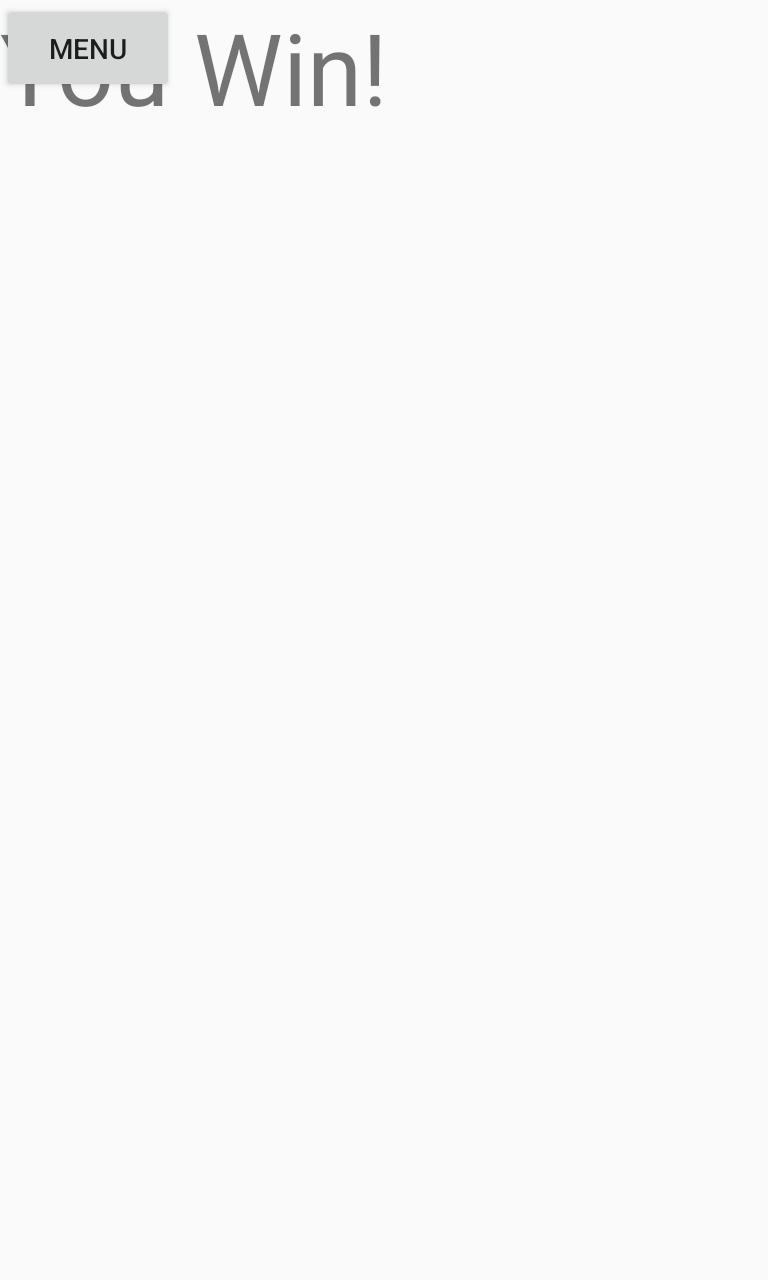
Repository: Rukshar/Native-App
Layout: nPuzzle10694676/nPuzzle10694676/res/layout/you_win.xml
The author's editor kept a copy of each file at every save. The layout is drawn from the files as they stood at one save, then again after a run of saves.
It is drawn on a 768 x 1280 px phone screen (xhdpi) without system bars, with theme AppTheme; the app's code is not run.

Above is the layout before, as saved 2014-11-20 15:12:47.

### nPuzzle10694676/nPuzzle10694676/res/layout/you_win.xml
<?xml version="1.0" encoding="utf-8"?>
<RelativeLayout xmlns:android="http://schemas.android.com/apk/res/android"
    android:layout_width="match_parent"
    android:layout_height="match_parent"
    android:orientation="vertical" >

    <TextView
        android:id="@+id/youwin"
        android:layout_width="fill_parent"
        android:layout_height="fill_parent"
        android:gravity="fill_horizontal"
        android:text="You Win!"
        android:textSize="50dp" />
"
    <Button
        android:id="@+id/button1"
        android:layout_width="wrap_content"
        android:layout_height="wrap_content"
        android:text="Menu" />



</RelativeLayout>

Loaded but not shown: nPuzzle10694676/nPuzzle10694676/res/values/styles.xml (common file); nPuzzle10694676/nPuzzle10694676/res/values-v11/styles.xml (common file); nPuzzle10694676/nPuzzle10694676/res/values-v14/styles.xml (common file)

After the next 2 saves:
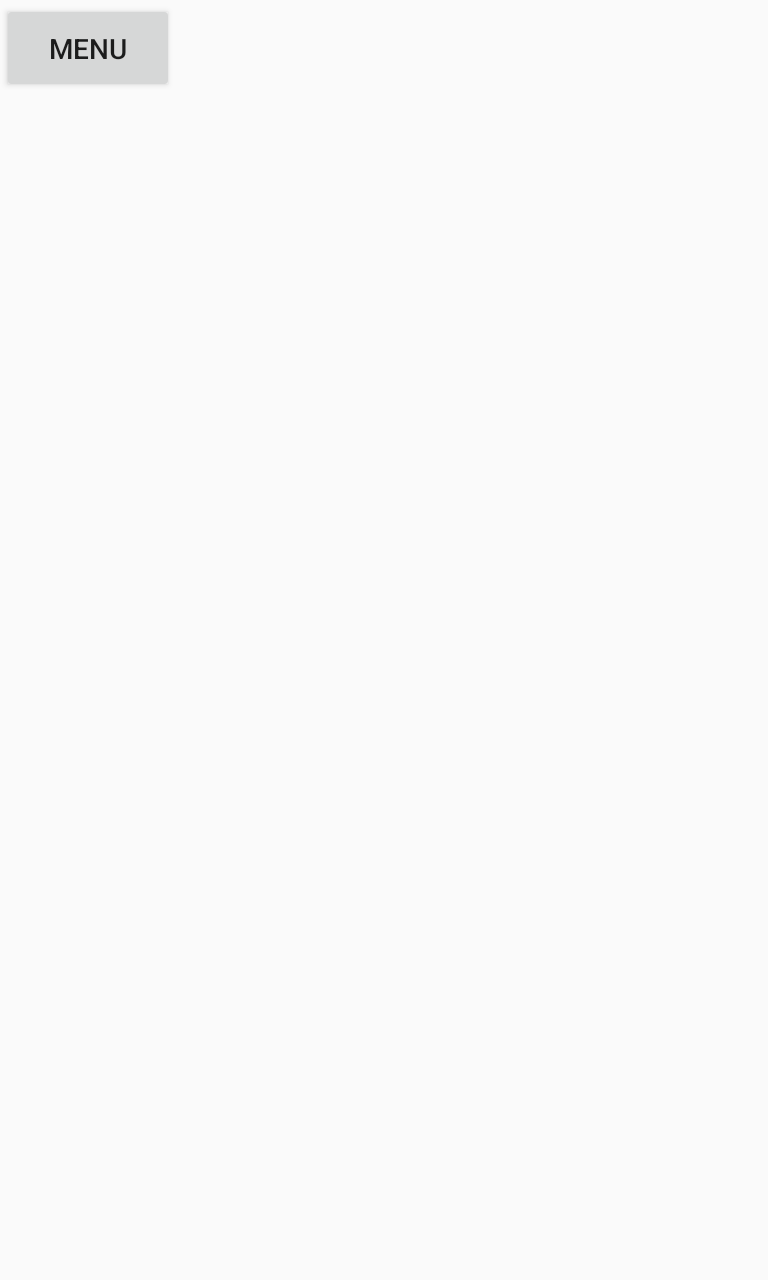
The 2 saves are shown as one change because they came seconds apart.
The last was saved 40 s later.
--- a/nPuzzle10694676/nPuzzle10694676/res/layout/you_win.xml
+++ b/nPuzzle10694676/nPuzzle10694676/res/layout/you_win.xml
@@ -3,14 +3,6 @@
     android:layout_width="match_parent"
     android:layout_height="match_parent"
     android:orientation="vertical" >
-
-    <TextView
-        android:id="@+id/youwin"
-        android:layout_width="fill_parent"
-        android:layout_height="fill_parent"
-        android:gravity="fill_horizontal"
-        android:text="You Win!"
-        android:textSize="50dp" />
 "
     <Button
         android:id="@+id/button1"
@@ -18,6 +10,10 @@
         android:layout_height="wrap_content"
         android:text="Menu" />
 
-
+    <TextView
+        android:id="@+id/youwin"
+        android:gravity="fill_horizontal"
+        android:text="You Win!"
+        android:textSize="50dp" />
 
 </RelativeLayout>
